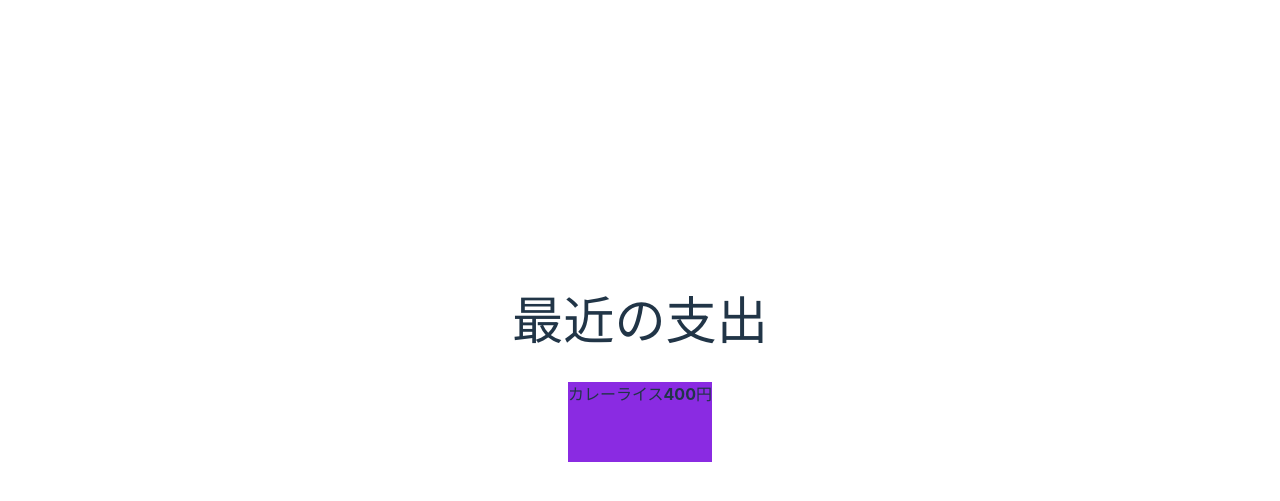
Repository: akiyoshi-takazwa/typescript-and-vue3
Page: /
An editor plug-in stored every save of this project. The page is shown before and after a run of saves, followed by the edit.
The browser window is 1280 px wide. The pictures show the whole page.
The project was rebuilt for these pictures with package versions that can differ from the ones it lists, and the page was loaded fresh each time. Also part of the build but not shown: vite.config.ts.

Above is the page before, as saved 2022-07-23 18:03:14.

### src/App.vue
<script setup lang="ts">
// This starter template is using Vue 3 <script setup> SFCs
// Check out https://vuejs.org/api/sfc-script-setup.html#script-setup
import Payment from "./components/Payment.vue";
</script>

<template>
  <div>
    <Payment />
  </div>
</template>

<style scoped>
.logo {
  height: 6em;
  padding: 1.5em;
  will-change: filter;
}
.logo:hover {
  filter: drop-shadow(0 0 2em #646cffaa);
}
.logo.vue:hover {
  filter: drop-shadow(0 0 2em #42b883aa);
}
</style>

### src/components/Payment.vue
<script setup lang="ts">
</script>

<template>
  <div class="container">
    <h1>最近の支出</h1>
    <div class="payment">
      <label> カレーライス </label>
      <label> 400円 </label>
    </div>
  </div>
</template>

<style scoped>
.container {
  display: flex;
  flex-direction: column;
  align-items: center;
}
.payment {
  display: flex;
  justify-content: space-between;
  height: 80px;
  background-color: blueviolet;
}
label{
    font-weight: bold;

}
</style>>

Loaded but not shown: index.html (common file); src/main.ts (common file); src/style.css (common file)

After the next 2 saves:
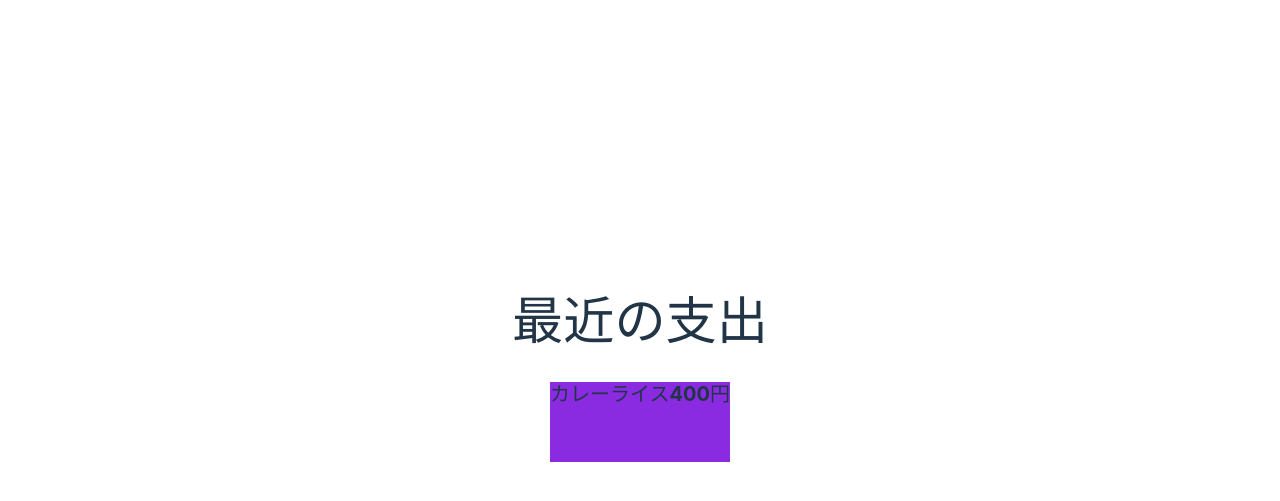
The 2 saves are shown as one change because they came seconds apart.
The last was saved 7 s later.
--- a/src/components/Payment.vue
+++ b/src/components/Payment.vue
@@ -23,8 +23,8 @@
   height: 80px;
   background-color: blueviolet;
 }
-label{
-    font-weight: bold;
-
+label {
+  font-weight: bold;
+  font-size: 20px;
 }
 </style>>
